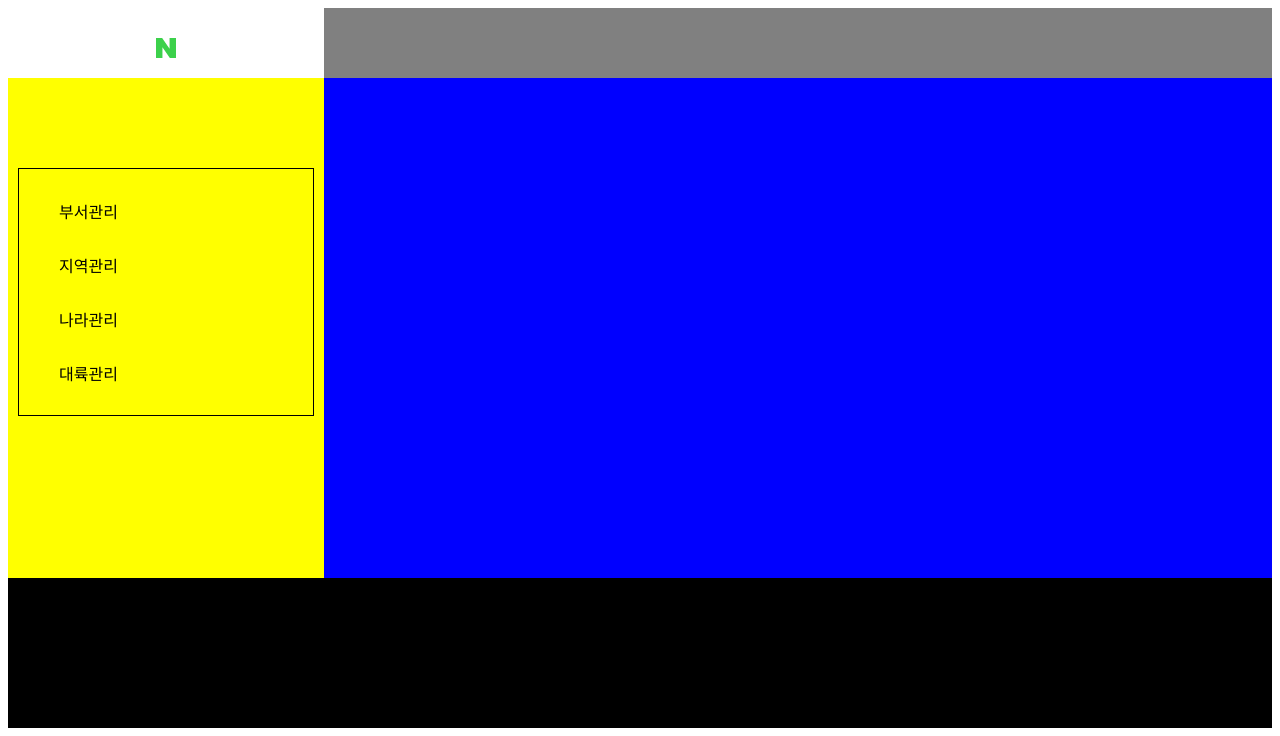
Repository: mireu930/Serverlet_App
Page: src/build/classes/webapp/template/layout.html
These files come from the project's save history. The page is drawn as it stood at one moment and after the next save; the edit follows.
The browser window is 1280 px wide. The pictures show the whole page.

Above is the page before, as saved 2025-02-07 11:50:16.

### src/build/classes/webapp/template/layout.html
<!DOCTYPE html>
<html lang="en">
<head>
  <meta charset="UTF-8">
  <meta name="viewport" content="width=device-width, initial-scale=1.0">
  <title>Document</title>
  <style>
    header {
  width: 100%;
  height: 70px;
  /* background-color: gray; */
}

.wrap_left{
  display: flex;
}

.left {
  width: 25%;
  height: 100%;

}

.right {
  width: 75%;
  height: 100%;
}

.logo {
  /* background-color:aqua; */
  box-sizing: border-box;
  /* padding: 20px 60px; */
}

.logo img {
  display: block;
  margin: 30px auto;
}

.menu {
  background-color:gray;

}

.content {
  width: 100%;
  height: 500px;
  /* background-color: red; */
}

.content_left {
  background-color:yellow;
  /* padding: auto 10px; */
}

.content_left ul {
  list-style: none;
  border: 1px black solid;
  margin: 90px 10px;
}

.content_left ul li {
  margin: 30px 0;
}

.content_right {
  background-color:blue
}

footer {
  width: 100%;
  height: 150px;
  background-color: black;
}
  </style>
</head>
<body>
  <header class = "wrap_left">
    <div class = "left logo" >
      <img src = "/naver_sports/images/네이버.svg">
    </div>
    <div class = "right menu">

    </div>
  </header>
  <section class = "wrap_left content">
    <div class = "left content_left">
      <ul>
        <li>부서관리</li>
        <li>지역관리</li>
        <li>나라관리</li>
        <li>대륙관리</li>
      </ul>
    </div>
    <div class = " right content_right">

    </div>
  </section>
  <footer class = "wrap_left">
    <div class = "left footer_left">

    </div>
    <div class = "right footer_right">

    </div>
  </footer>

</body>
</html>

After the next save:
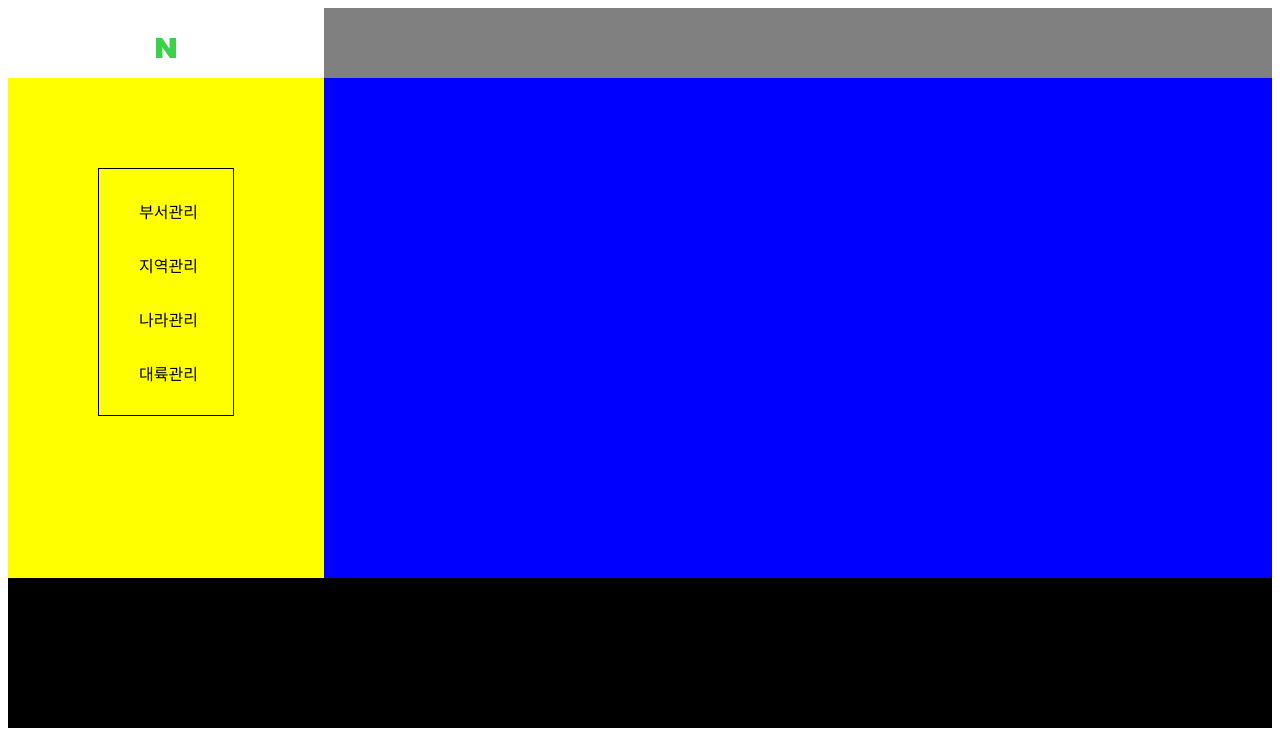
Saved 17 s later.
--- a/src/build/classes/webapp/template/layout.html
+++ b/src/build/classes/webapp/template/layout.html
@@ -56,7 +56,7 @@
 .content_left ul {
   list-style: none;
   border: 1px black solid;
-  margin: 90px 10px;
+  margin: 90px ;
 }
 
 .content_left ul li {
